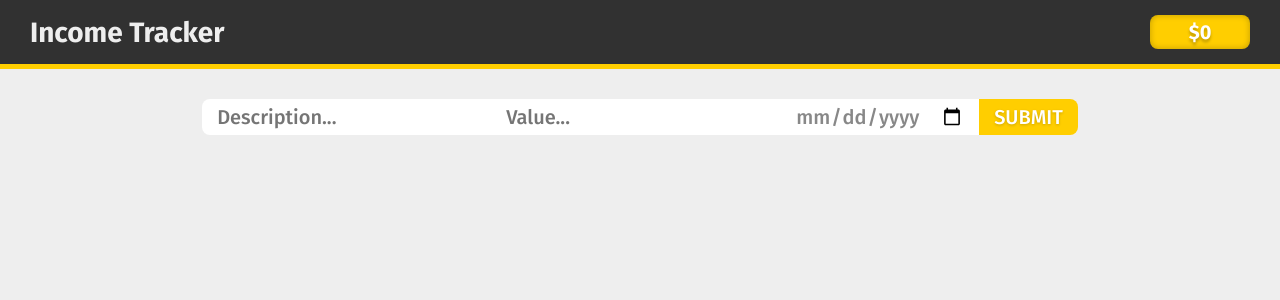
Repository: kate30980/incometracker
Page: /
An editor plug-in stored every save of this project. The page is shown before and after the next save, followed by the edit.
The browser window is 1280 px wide. The pictures show the whole page.
The project was rebuilt for these pictures with package versions that can differ from the ones it lists, and the page was loaded fresh each time.

Above is the page before, as saved 2021-08-23 17:46:25.

### public/index.html
<!DOCTYPE html>
<html lang="">

<head>
  <meta charset="utf-8">
  <meta http-equiv="X-UA-Compatible" content="IE=edge">
  <meta name="viewport" content="width=device-width,initial-scale=1.0">
  <link rel="icon" href="<%= BASE_URL %>favicon.ico">
  <title>
    <%= htmlWebpackPlugin.options.title %>
  </title>
  <link rel="preconnect" href="https://fonts.googleapis.com">
  <link rel="preconnect" href="https://fonts.gstatic.com" crossorigin>
  <link href="https://fonts.googleapis.com/css2?family=Fira+Sans:wght@300;500;700&display=swap" rel="stylesheet">
</head>

<body>
  <noscript>
    <strong>We're sorry but <%= htmlWebpackPlugin.options.title %> doesn't work properly without JavaScript enabled.
        Please enable it to continue.</strong>
  </noscript>
  <div id="app"></div>
  <!-- built files will be auto injected -->
</body>

</html>

### src/App.vue
<template>
  <Header :totalIncome = "state.totalIncome" />
  <Form />
</template>

<script>
import { reactive, computed } from 'vue';
import Header from './components/Header.vue'
import Form from './components/Form.vue'

export default {
  setup(){
    const state = reactive({
      income: [],
      totalIncome: computed(() => {
        let temp = 0;

        if (state.income.length > 0) {
          for (let i = 0; i < state.income.length; i++) {
            temp += state.income[i].value;
          }
        }

        return temp;
      })
    });

    return{
      state
    }
  },
  components: {
    Header, Form
  }
}
</script>

<style>
*{
  margin: 0;
  padding: 0;
  box-sizing: border-box;
  font-family: 'Fira Sans', sans-serif;
}
body{
  background-color: #eee;
}
</style>

### src/components/Header.vue
<template>
  <header>
      <h1>Income Tracker</h1>
      <div class="total-income">${{ totalIncome }}</div>
  </header>
</template>

<script>
export default {
  props: {
      totalIncome:Number,
  }
}
</script>

<style scoped>
header{
    display: flex;
    justify-content:space-between;
    align-items:center;
    padding: 15px 30px;
    background-color: #313131;
    border-bottom: 5px solid #FFCE00;
}
header h1{
    color: #EEE;
    font-size: 28px;
}
header .total-income{
    font-family: 'Fira Code', 'Fira Sans', sans-serif;
    background-color: #FFCE00;
    color: #FFF;
    font-size: 20px;
    font-weight: 900;
    padding: 5px 10px;
    min-width: 100px;
    text-align: center;
    border-radius: 8px;
    box-shadow: inset 0px 0px 6px rgba(0,0,0,0.25);
    text-shadow: 0px 3px 3px rgba(0,0,0,0.25);
}
</style>

### src/components/Form.vue
<template>
    <form @submit.prevent="FormHandle">
        <input type="text" placeholder="Description..." v-model="formData.desc">
        <input type="number" placeholder="Value..." v-model="formData.value">
        <input type="date" placeholder="Date..." v-model="formData.date">
        <input type="submit" value="SUBMIT">
    </form>
</template>

<script>
import { reactive } from 'vue';

export default {
    props: {
        state: Object
    },
    setup(){
        const formData = reactive({
            desc: null,
            value: null,
            date: null,
        });

        function FormHandler(){
            console.log(formData);
        }

        return{
            FormHandler, formData
        }
    }
}
</script>

<style scoped>
form{
    display: flex;
    justify-content: center;
    margin-top: 30px;
}
form input {
    color: #888;
    border: none;
    outline: none;
    font-size: 20px;
}
form input {
    color: #888;
    border: none;
    outline: none;
    font-size: 20px;
}
form input:placeholder {
    color: #AAA;
}
form input:not([type="submit"]){
    display: block;
    background: #FFF;
    border: none;
    outline: none;
    padding: 5px 15px;
}
form input[type="submit"]{
    display: block;
    background: none;
    border: none;
    outline: none;

    color: #FFF;
    font-weight: 500;
    text-shadow: 0px 1px 3px rgba(0,0,0,0.2);
    padding: 5px 15px;
    background-color: #FFCE00;

    cursor: pointer;
}
form input:first-of-type{
    border-radius: 8px 0px 0px 8px;
}
form input:last-of-type{
    border-radius: 0px 8px 8px 0px;
}
</style>

Loaded but not shown: src/main.js (common file)

After the next save:
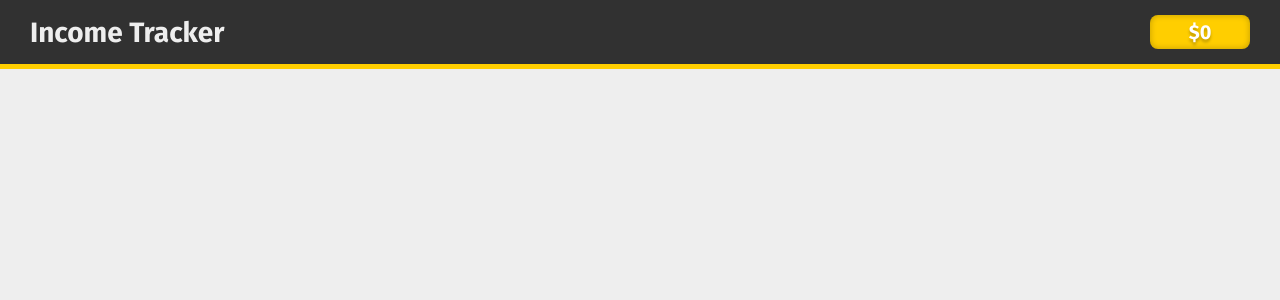
Console error: ReferenceError: FormHandler is not defined
Saved 4 min 46 s later.
--- a/src/components/Form.vue
+++ b/src/components/Form.vue
@@ -21,7 +21,7 @@ export default {
             date: null,
         });
 
-        function FormHandler(){
+        function FormHandle(){
             console.log(formData);
         }
 

After the save that followed:
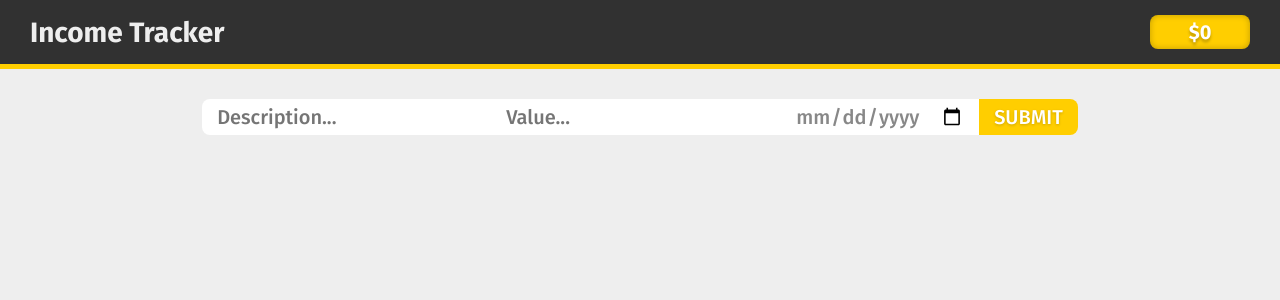
The error is gone.
Saved 19 s later.
--- a/src/components/Form.vue
+++ b/src/components/Form.vue
@@ -26,7 +26,7 @@ export default {
         }
 
         return{
-            FormHandler, formData
+            FormHandle, formData
         }
     }
 }
